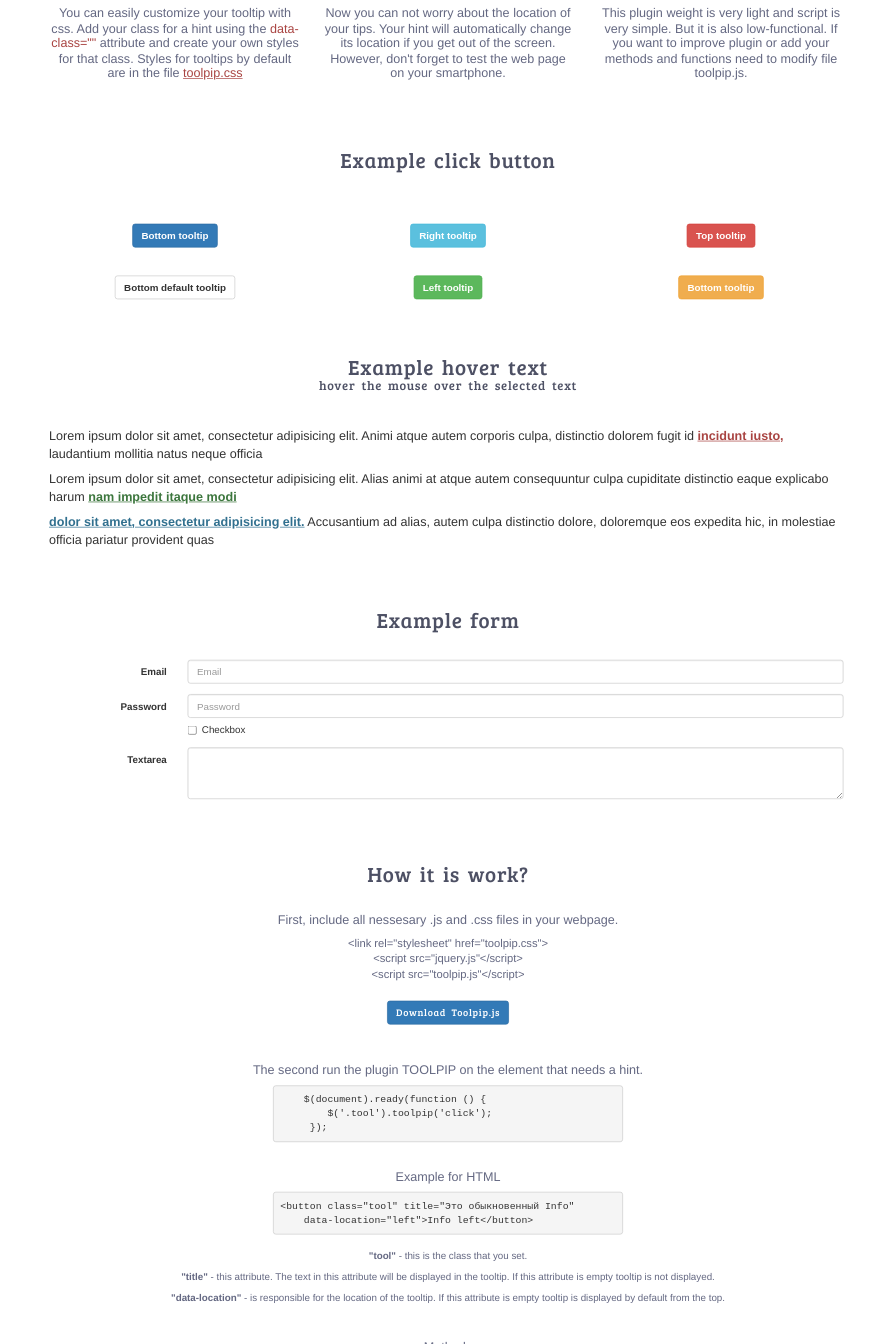
Repository: Raz-Dva/Toolpip-plugin
Page: index.html
The author's editor kept a copy of each file at every save. The page is drawn from the files as they stood at one save, then again after the next save.
The browser window is 1280 px wide. The pictures show the part of the page from y = 732 to 2652 px (the page is 3261 px tall before and 3304 px after), at 70% of full size.

Above is the page before, as saved 2021-10-21 11:10:48.

### index.html
<!DOCTYPE html>
<html lang="en">
  <head>
    <!-- Required meta tags -->
    <meta charset="utf-8" />
    <meta
      name="viewport"
      content="width=device-width, initial-scale=1, shrink-to-fit=no"
    />
    <!-- Bootstrap CSS -->
    <link rel="apple-touch-icon" sizes="180x180" href="/apple-touch-icon.png" />
    <link rel="icon" type="image/png" sizes="32x32" href="favicon-32x32.png" />
    <link rel="icon" type="image/png" sizes="16x16" href="favicon-16x16.png" />
    <link rel="mask-icon" href="/safari-pinned-tab.svg" color="#5bbad5" />
    <meta name="msapplication-TileColor" content="#da532c" />
    <meta name="theme-color" content="#ffffff" />
    <link rel="stylesheet" href="css/library/bootstrap.min.css" />
    <link rel="stylesheet" href="css/normalize.css" />
    <link rel="stylesheet" href="css/toolpip.min.css" />
    <link rel="stylesheet" href="css/main-style.css" />
    <link
      href="https://fonts.googleapis.com/css?family=Bree+Serif"
      rel="stylesheet"
    />
    <title>Toolpip</title>
  </head>
  <body>
    <header>
      <div class="header_bg">
        <div class="header_bg_img">
          <nav class="navbar navbar-default nav-header">
            <div class="container">
              <div class="navbar-header">
                <button
                  type="button"
                  class="navbar-toggle collapsed"
                  data-toggle="collapse"
                  data-target="#bs-example-navbar-collapse-1"
                  aria-expanded="false"
                >
                  <span class="sr-only">Toggle navigation</span>
                  <span class="icon-bar"></span>
                  <span class="icon-bar"></span>
                  <span class="icon-bar"></span>
                </button>
                <a
                  class="navbar-brand wrap-logo"
                  href="http://honcharov-portfolio.herokuapp.com/"
                >
                  <div class="logo-block">
                    <img src="img/my-logo1.jpg" alt="" />
                  </div>
                  <p class="name-logo">Hellfish</p>
                </a>
              </div>
              <!-- Collect the nav links, forms, and other content for toggling -->
              <div
                class="collapse navbar-collapse"
                id="bs-example-navbar-collapse-1"
              >
                <ul class="nav navbar-nav navbar-right">
                  <li><a href="#advantages">Advantages</a></li>
                  <li><a href="#example">Example</a></li>
                  <li><a href="#how-work">How it is work?</a></li>
                  <li>
                    <a href="https://github.com/Raz-Dva/Toolpip-plugin.git"
                      >Download</a
                    >
                  </li>
                </ul>
              </div>
              <!-- /.navbar-collapse -->
            </div>
            <!-- /.container-fluid -->
          </nav>
          <div class="container">
            <div class="row">
              <div class="col-md-6 text-head">
                <h1 class="text-right regular-head">Tooltip</h1>
                <h2 class="regular-head">
                  Tooltips can be attached to any element. When you hover the
                  element with your mouse, the title attribute is displayed in a
                  little box next to the element, just like a native tooltip.
                </h2>
                <h2 class="regular-head">
                  This is a plugin written for example. Not recommended for commercial projects.
                </h2>
                <a
                  href="https://github.com/Raz-Dva/Toolpip-plugin.git"
                  class="btn btn-primary btn-download"
                  >Download</a
                >
              </div>
              <div class="col-md-6 col-img-head">
                <div class="img-head">
                  <img src="img/head-img.png" alt="" />
                </div>
              </div>
            </div>
          </div>
        </div>
      </div>
    </header>
    <main>
      <div class="advantages block-article" id="advantages">
        <div class="container">
          <div class="row">
            <div class="col-sm-12">
              <h2 class="regular-head advantages-head">Advantages</h2>
            </div>
            <div class="col-md-4">
              <h3 class="regular-head">Available CCS</h3>
              <p class="advantages-text">
                You can easily customize your tooltip with css. Add your class
                for a hint using the
                <span class="text-danger">data-class=""</span> attribute and
                create your own styles for that class. Styles for tooltips by
                default are in the file
                <a href="https://github.com/Raz-Dva/Toolpip-plugin/blob/master/css/toolpip.css" class="text-danger text-underline">toolpip.css</a>
              </p>
            </div>
            <div class="col-md-4">
              <h3 class="regular-head">Convenient positioning</h3>
              <p class="advantages-text">
                Now you can not worry about the location of your tips. Your hint
                will automatically change its location if you get out of the
                screen. However, don't forget to test the web page on your
                smartphone.
              </p>
            </div>
            <div class="col-md-4">
              <h3 class="regular-head">Light weight</h3>
              <p class="advantages-text">
                This plugin weight is very light and script is very simple. But
                it is also low-functional. If you want to improve plugin or add
                your methods and functions need to modify file toolpip.js.
              </p>
            </div>
          </div>
        </div>
      </div>
      <div class="example-btn bckg block-article" id="example">
        <div class="container">
          <div class="row">
            <div class="col-sm-12">
              <h2 class="regular-head advantages-head text-center">
                Example click button
              </h2>
            </div>
            <div class="col-md-4 col-sm-6 text-center block-btn">
              <button
                class="btn btn-primary tool"
                data-location="bottom"
                data-class="tooltip-yellow"
                title="Text for tooltip"
              >
                Bottom tooltip
              </button>
            </div>
            <div class="col-md-4 col-sm-6 text-center block-btn">
              <button
                class="btn btn-info tool"
                data-class="tooltip-grey"
                data-location="right"
                title="Text for tooltip"
              >
                Right tooltip
              </button>
            </div>
            <div class="col-md-4 col-sm-6 text-center block-btn">
              <button
                class="btn btn-danger tool"
                data-class="tooltip-dark-blue"
                data-location="top"
                title="Lorem ipsum dolor sit amet, consectetur adipisicing elit. Ab accusamus amet et facilis nam, non officiis repellat voluptate"
              >
                Top tooltip
              </button>
            </div>
            <div class="col-md-4 col-sm-6 text-center block-btn">
              <button
                class="btn btn-default tool"
                data-location="bottom"
                title="Text for tooltip"
              >
                Bottom default tooltip
              </button>
            </div>

            <div class="col-md-4 col-sm-6 text-center block-btn">
              <button
                class="btn btn-success tool"
                data-class="tooltip-blue"
                data-location="left"
                title="Text for tooltip"
              >
                Left tooltip
              </button>
            </div>
            <div class="col-md-4 col-sm-6 text-center block-btn">
              <button
                class="btn btn-warning tool"
                data-class="tooltip-circle"
                data-location="bottom"
                title="82%"
              >
                Bottom tooltip
              </button>
            </div>
          </div>
        </div>
      </div>
      <div class="example-text block-article">
        <div class="container">
          <div class="row">
            <div class="col-sm-12">
              <h2 class="regular-head advantages-head text-center">
                Example hover text
                <p>hover the mouse over the selected text</p>
              </h2>
            </div>
            <div class="col-sm-12 example-text">
              <p class="">
                Lorem ipsum dolor sit amet, consectetur adipisicing elit. Animi
                atque autem corporis culpa, distinctio dolorem fugit id
                <strong
                  class="text-danger tool-hv text-underline"
                  data-location="bottom"
                  data-class="tooltip-yellow"
                  title="Text for tooltip"
                  >incidunt iusto,</strong
                >
                laudantium mollitia natus neque officia
              </p>
            </div>
            <div class="col-sm-12 example-text">
              <p class="">
                Lorem ipsum dolor sit amet, consectetur adipisicing elit. Alias
                animi at atque autem consequuntur culpa cupiditate distinctio
                eaque explicabo harum
                <strong
                  class="tool-hv text-success text-underline"
                  data-class="tooltip-blue"
                  data-location="left"
                  title="Text for tooltip"
                  >nam impedit itaque modi</strong
                >
              </p>
            </div>
            <div class="col-sm-12 example-text">
              <p class="">
                <strong
                  class="tool-hv text-info text-underline"
                  data-class="tooltip-dark-blue"
                  data-location="top"
                  title="10/2"
                  >dolor sit amet, consectetur adipisicing elit.</strong
                >
                Accusantium ad alias, autem culpa distinctio dolore, doloremque
                eos expedita hic, in molestiae officia pariatur provident quas
              </p>
            </div>
          </div>
        </div>
      </div>
      <div class="example-form block-article">
        <div class="container">
          <div class="row">
            <div class="col-sm-12">
              <h2 class="regular-head advantages-head text-center">
                Example form
              </h2>
            </div>
            <form class="form-horizontal">
              <div class="form-group">
                <label for="inputEmail" class="col-lg-2 control-label"
                  >Email</label
                >
                <div class="col-lg-10">
                  <input
                    type="text"
                    class="form-control tool-hv"
                    data-class="tooltip-yellow"
                    data-location="top"
                    title="Email"
                    id="inputEmail"
                    placeholder="Email"
                  />
                </div>
              </div>
              <div class="form-group">
                <label for="inputPassword" class="col-lg-2 control-label"
                  >Password</label
                >
                <div class="col-lg-10">
                  <input
                    type="password"
                    class="form-control tool-hv"
                    id="inputPassword"
                    placeholder="Password"
                    data-class="tooltip-blue"
                    data-location="left"
                    title="Password"
                  />
                  <div class="checkbox pull-left">
                    <input
                      type="checkbox"
                      class="tool-hv"
                      data-location="top"
                      title="Text for tooltip"
                    />

                    <label
                      class="tool-hv"
                      data-location="top"
                      title="Text for tooltip"
                      >Checkbox
                    </label>
                  </div>
                </div>
              </div>
              <div class="form-group">
                <label for="textArea" class="col-lg-2 control-label"
                  >Textarea</label
                >
                <div class="col-lg-10">
                  <textarea
                    class="form-control tool-hv"
                    data-class="tooltip-grey"
                    data-location="right"
                    title="Textarea"
                    rows="3"
                    id="textArea"
                  ></textarea>
                </div>
              </div>
            </form>
          </div>
        </div>
      </div>
      <div class="how-work block-article" id="how-work">
        <div class="container">
          <div class="row">
            <div class="col-sm-12">
              <h2 class="regular-head advantages-head text-center">
                How it is work?
              </h2>
              <p class="advantages-text">
                First, include all nessesary .js and .css files in your webpage.
              </p>
              <p class="text-center">
                <span class="code-item"
                  >&lt;link rel=&quot;stylesheet&quot;
                  href=&quot;toolpip.css&quot;&gt;</span
                >
                <br />
                <span class="code-item"
                  >&lt;script src=&quot;jquery.js&quot;&lt;/script&gt;</span
                >
                <br />
                <span class="code-item"
                  >&lt;script src=&quot;toolpip.js&quot;&lt;/script&gt;</span
                >
                <br />
                <br />

                <a
                  href="https://github.com/Raz-Dva/Toolpip-plugin.git"
                  class="btn btn-primary btn-download"
                  >Download Toolpip.js</a
                >
              </p>
              <br />
              <br />
              <p class="advantages-text">
                The second run the plugin TOOLPIP on the element that needs a
                hint.
              </p>
              <pre class="pre-block">
    $(document).ready(function () {
        $('.tool').toolpip('click');
     });</pre
              >
              <br />
              <br />
              <p class="advantages-text">Example for HTML</p>
              <pre class="pre-block">
&lt;button class="tool" title="Это обыкновенный Info"
    data-location="left"&gt;Info left&lt;/button&gt;</pre
              >
              <br />
              <p class="descript-text text-center">
                <span>"tool"</span> - this is the class that you set.
              </p>
              <p class="descript-text text-center">
                <span>"title"</span> - this attribute. The text in this
                attribute will be displayed in the tooltip. If this attribute is
                empty tooltip is not displayed.
              </p>
              <p class="descript-text text-center">
                <span>"data-location"</span> - is responsible for the location
                of the tooltip. If this attribute is empty tooltip is displayed
                by default from the top.
              </p>
              <br />
              <br />
              <p class="advantages-text">Methods</p>
              <pre class="pre-block">    $('.tool').toolpip('hover')</pre>
              <br />
              <pre class="pre-block">     $('.tool').toolpip("destroy");</pre>
              <br />
              <p class="descript-text text-center">
                <span>"click"</span> - a tool tip appears when you click on an
                item.
              </p>
              <p class="descript-text text-center">
                <span>"hover"</span> - a tooltip appears when you hover over an
                item.
              </p>
              <p class="descript-text text-center">
                <span>"destroy"</span> - destroys the tooltip.
              </p>
              <br />
              <br />
            </div>
          </div>
        </div>
      </div>
    </main>
    <footer>
      <div class="container">
        <div class="row">
          <div class="col-sm-12">
            <h2 class="regular-head text-center">
              For everyone who wants to write to me.
            </h2>
            <ul class="social-icon">
              <li>
                <a href="mailto:my.poshta.goncharov@gmail.com"
                  ><img src="img/email.svg" alt=""
                /></a>
              </li>
              <li>
                <a href="https://www.facebook.com/ivan.goncharov.180"
                  ><img src="img/facebook-svgrepo-com.svg" alt=""
                /></a>
              </li>
              <li>
                <a href="skype:ivan-my-skype"
                  ><img src="img/skype-svgrepo-com.svg" alt=""
                /></a>
              </li>
              <li>
                <a href="https://www.instagram.com/ivangoncharov13/"
                  ><img src="img/instagram-svgrepo-com.svg" alt=""
                /></a>
              </li>
              <li>
                <a href="https://github.com/Raz-Dva"
                  ><img src="img/git.svg" alt=""
                /></a>
              </li>
            </ul>
            <p style="text-align: center">my.poshta.goncharov@gmail.com</p>
            <p style="text-align: center;  font-weight: bold;">
              <a style="color: #fff;" href="mailto:someone@yoursite.com">Write me</a>
            </p>
          </div>
        </div>
      </div>
    </footer>
    <div class="to-top" id="to-top">
      <div class="block-img_superman">
        <img src="img/super-top.png" alt="" />
      </div>
      <div class="block-img-farting">
        <img src="img/599514.png" alt="" />
      </div>
    </div>

    <script src="js/library/jquery-2.0.0.min.js"></script>
    <script src="js/library/bootstrap.min.js"></script>
    <script src="js/toolpip.min.js"></script>

    <script>
      $(document).ready(function () {
        $(".tool-hv").toolpip("hover");
        $(".tool").toolpip("click");
        //======= to top
        var toTop = $("#to-top"),
          far = $(".block-img-farting");

        toTop.click(function () {
          $("body,html").animate({ scrollTop: 0 }, 800);
          far.fadeIn();
        });
        $(window).scroll(function () {
          if ($(this).scrollTop() != 0) {
            toTop.fadeIn();
          } else {
            toTop.fadeOut();
            far.fadeOut();
          }
        });
        //======= the transition for anchors
        $(function () {
          $('a[href^="#"]').on("click", function (event) {
            event.preventDefault();
            var sc = $(this).attr("href"),
              dn = $(sc).offset().top;
            $("html, body").animate({ scrollTop: dn }, 1000);
          });
        });
      });
    </script>
  </body>
</html>

### css/toolpip.min.css
.toolpip{display:none;position:absolute;z-index:10;line-height:1;border-radius:4px;padding:5px 10px;color:#fff;max-width:140px;min-width:100px;text-align:center;width:auto;font-size:14px;background:rgba(102,100,102,1)}.toolpip:after{content:'';display:block;position:absolute}.toolpip[data-show='right']:after{right:100%;top:50%;margin-top:-8px;width:0;height:0;border-top:8px solid transparent;border-right:8px solid rgba(102,100,102,1);border-bottom:8px solid transparent}.toolpip[data-show='left']:after{left:100%;top:50%;margin-top:-8px;width:0;height:0;border-top:8px solid transparent;border-left:8px solid rgba(102,100,102,1);border-bottom:8px solid transparent}.toolpip[data-show='top']:after{left:50%;top:100%;margin-left:-8px;width:0;height:0;border-left:8px solid transparent;border-right:8px solid transparent;border-top:8px solid rgba(102,100,102,1)}.toolpip[data-show='bottom']:after{left:50%;bottom:100%;margin-left:-8px;width:0;height:0;border-left:8px solid transparent;border-right:8px solid transparent;border-bottom:8px solid rgba(102,100,102,1)}.toolpip p{margin:0}

Loaded but not shown: css/library/bootstrap.min.css (library); css/normalize.css (library); js/library/jquery-2.0.0.min.js (library); js/library/bootstrap.min.js (library); js/toolpip.min.js (library); css/main-style.css (516 lines, source omitted)

After the next save:
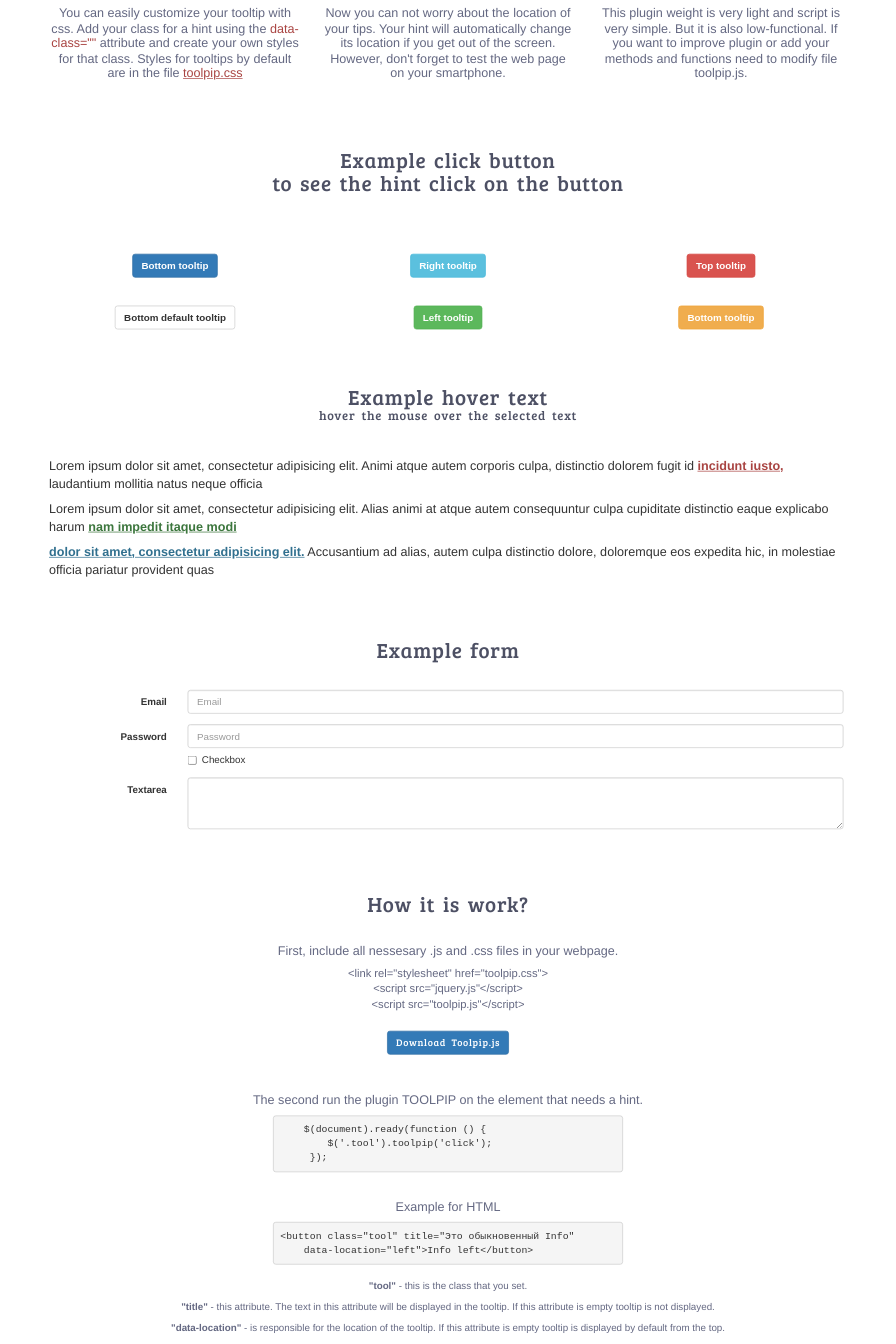
Saved 2 min 31 s later.
--- a/index.html
+++ b/index.html
@@ -145,6 +145,7 @@
             <div class="col-sm-12">
               <h2 class="regular-head advantages-head text-center">
                 Example click button
+                <p>to see the hint click on the button</p>
               </h2>
             </div>
             <div class="col-md-4 col-sm-6 text-center block-btn">
